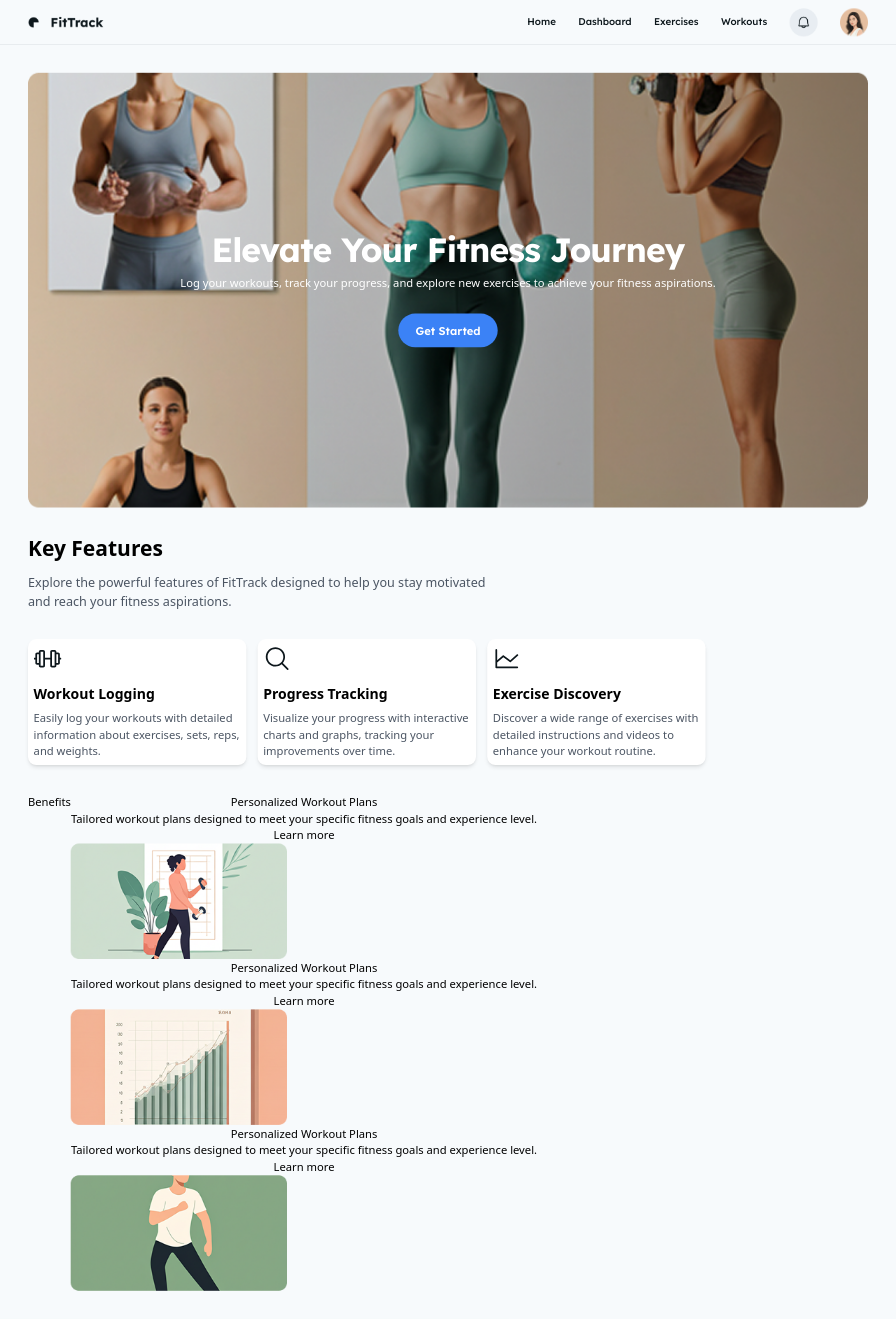
Repository: Emy-gold/fitness-tracking-platform
Page: /
These files come from the project's save history. The page is drawn as it stood at one moment and after the next save; the edit follows.
The browser window is 1280 px wide. The pictures show the whole page, at 70% of full size.
The project was rebuilt for these pictures with package versions that can differ from the ones it lists, and the page was loaded fresh each time. Also part of the build but not shown: vite.config.js, src/Pages/Dashboard.jsx, src/Pages/Exercises.jsx, src/Pages/Workouts.jsx, src/components/Footer.jsx.

Above is the page before, as saved 2025-08-27 14:29:21.

### index.html
<!doctype html>
<html lang="en">

<head>
  <meta charset="UTF-8" />
  <link rel="icon" type="image/svg+xml" href="/vite.svg" />
  <meta name="viewport" content="width=device-width, initial-scale=1.0" />
  <link href="https://fonts.googleapis.com/css2?family=Lexend:wght@300;400;500;600;700&display=swap" rel="stylesheet">
  <title>Vite + React</title>
</head>

<body>
  <div id="root"></div>
  <script type="module" src="/src/main.jsx"></script>
</body>

</html>

### src/index.css
@tailwind base;
@tailwind components;
@tailwind utilities;

body{
    padding: 0;
    margin: 0;
    background-color: #F7FAFC;
}

### src/App.jsx
import './App.css';
import { BrowserRouter as Router, Routes, Route } from 'react-router-dom';
import Home from './Pages/Home';
import Dashboard from './Pages/Dashboard.jsx';
import Exercises from './Pages/Exercises.jsx';
import Workouts from './Pages/Workouts.jsx';
import Header from './components/Header.jsx';
import Footer from './components/Footer';


function App() {

  return (
    <>

      <Router>
        <Header />
        <Routes>
          <Route path="/" element={<Home />} />
          <Route path="/dashboard" element={<Dashboard />} />
          <Route path="/exercises" element={<Exercises />} />
          <Route path="/workouts" element={<Workouts />} />
        </Routes>
      </Router>
    </>
  )
}

export default App

### src/App.css
#root {
    margin: 0 auto;
    padding: 0;
    text-align: center;

}

.logo {
    height: 6em;
    padding: 1.5em;
    will-change: filter;
    transition: filter 300ms;
}
.logo:hover {
    filter: drop-shadow(0 0 2em #646cffaa);
}
.logo.react:hover {
    filter: drop-shadow(0 0 2em #61dafbaa);
}

@keyframes logo-spin {
    from {
    transform: rotate(0deg);
    }
    to {
    transform: rotate(360deg);
    }
}

@media (prefers-reduced-motion: no-preference) {
    a:nth-of-type(2) .logo {
    animation: logo-spin infinite 20s linear;
    }
}

.card {
    padding: 2em;
}

.read-the-docs {
    color: #888;
}

### src/Pages/Home.jsx
import React from 'react';
import Header from '../components/Header';
import { useState, useEffect } from 'react';
import cardsData from "../cardsData.json";
import homepic from "../assets/home.png";
import img1 from "../assets/img1.png";
import img2 from "../assets/img2.png";
import img3 from "../assets/img3.png";

function Home() {

    const [cards, setCards] = useState([]);

    useEffect(() => {
        setCards(cardsData)
    })

    return (
        <>
            <main className='flex flex-col justify-center items-center'>

                <section className='my-10 relative flex justify-center'>
                    <img src={homepic} className="mb:w-[980px] lg:w-[1200px]" />
                    <div className="absolute inset-0 flex flex-col justify-center text-center text-white">
                        <h1 className='text-5xl font-lexend font-bold mb-3 tracking-tight '>Elevate Your Fitness Journey</h1>
                        <p className=''>Log your workouts, track your progress, and explore new exercises to achieve your fitness aspirations.</p>
                        <button type="submit" className='mt-8 mx-auto bg-blue-500 py-[12px] px-6 font-lexend font-semibold rounded-3xl hover:bg-blue-600 transition duration-300'>Get Started</button>
                    </div>
                </section >

                <section className='flex flex-col items-start mb-10 mb:w-[980px] lg:w-[1200px]'>
                    <div className='flex flex-col items-start text-left'>
                        <h2 className='text-3xl font-bold mb-4'>Key Features</h2>
                        <p className='text-lg text-gray-600 max-w-2xl'>Explore the powerful features of FitTrack designed to help you stay motivated and reach your fitness aspirations.</p>
                    </div>
                    <div className='flex flex-row gap-4 mt-10 text-left'> {/* Removed justify-center */}
                        {cards.map(card => (
                            <div key={card.id} className='w-[312px] bg-white rounded-xl shadow-md p-2 hover:scale-105 duration-300'>
                                <img src={card.image} className='mb-4 h-10 w-10 object-contain' />
                                <h3 className='text-xl font-semibold mb-2'>{card.title}</h3>
                                <p className='text-gray-600'>{card.summary}</p>
                            </div>
                        ))}
                    </div>
                </section>
                <section className='flex flex-row items-start mb-10 mb:w-[980px] lg:w-[1200px]'>
                    <h2>Benefits</h2>
                    <div className='flex flex-wrap justify-start items-start'>
                        <div>
                            <h2>Personalized Workout Plans</h2>
                            <p>Tailored workout plans designed to meet your specific fitness goals and experience level.</p>
                            <button>Learn more</button>
                            <img src={img1} />
                        </div>
                        <div>
                            <h2>Personalized Workout Plans</h2>
                            <p>Tailored workout plans designed to meet your specific fitness goals and experience level.</p>
                            <button>Learn more</button>
                            <img src={img2} />
                        </div>
                        <div>
                            <h2>Personalized Workout Plans</h2>
                            <p>Tailored workout plans designed to meet your specific fitness goals and experience level.</p>
                            <button>Learn more</button>
                            <img src={img3} />
                        </div>
                    </div>
                </section>
            </main >
        </>

    )
}

export default Home

### src/components/Header.jsx
import React from 'react';
import { Link } from 'react-router-dom';
import logo from "../assets/logo.png";
import icon from "../assets/notifeicon.png";
import profilePic from "../assets/profilepic.png";

function Header() {
    return (
        <>
            <header className='bg-primary border-b border-gray-300/50 sticky w-full h-16 top-0 z-50 px-10'>
                <div className="flex relative justify-between items-center h-full">
                    <Link to="/" className='flex items-center'>
                        <img
                            src={logo}
                            alt="logo"
                            className='hover:opacity-20 transition-opacity duration-300'
                        />
                    </Link>

                    <nav className='flex gap-8 items-center ml-auto'>
                        <Link to="/" className='font-lexend font-medium text-sm text-textColor hover:scale-105 leading-[21px]'>Home</Link>
                        <Link to="/dashboard" className='font-lexend font-medium text-sm text-textColor hover:scale-105 leading-[21px]'>Dashboard</Link>
                        <Link to="/exercises" className='font-lexend font-medium text-sm text-textColor hover:scale-105 leading-[21px]'>Exercises</Link>
                        <Link to="/workouts" className='font-lexend font-medium text-sm text-textColor hover:scale-105 leading-[21px]'>Workouts</Link>
                        <img src={icon} className='hover:scale-105 duration-200' />
                        <img src={profilePic} className='h-10 w-10 hover:scale-105 duration-200' />
                    </nav>

                    <div></div>
                </div>
            </header>
        </>
    )
}

export default Header;

### src/cardsData.json
[
    {
        "id": 1,
        "title": "Workout Logging",
        "summary": "Easily log your workouts with detailed information about exercises, sets, reps, and weights.",
        "image": "src/assets/icon1.svg"
    },
    {
        "id": 2,
        "title": "Progress Tracking",
        "summary": "Visualize your progress with interactive charts and graphs, tracking your improvements over time.",
        "image": "src/assets/icon2.svg"
    },
    {
        "id": 3,
        "title": "Exercise Discovery",
        "summary": "Discover a wide range of exercises with detailed instructions and videos to enhance your workout routine.",
        "image": "src/assets/icon3.svg"
    }
]

### tailwind.config.js

/** @type {import('tailwindcss').Config} */
export default {
  content: [
    "./index.html",
    "./src/**/*.{js,ts,jsx,tsx}",
  ],
  theme: {
    extend: {
      fontFamily: {
        lexend: ['Lexend', 'sans-serif'],
      },
      colors: {
        primary: "#F7FAFC",
        textColor: "#0D171C",
      }
    },
  },
  plugins: [],
}

Loaded but not shown: src/main.jsx (common file)

After the next save:
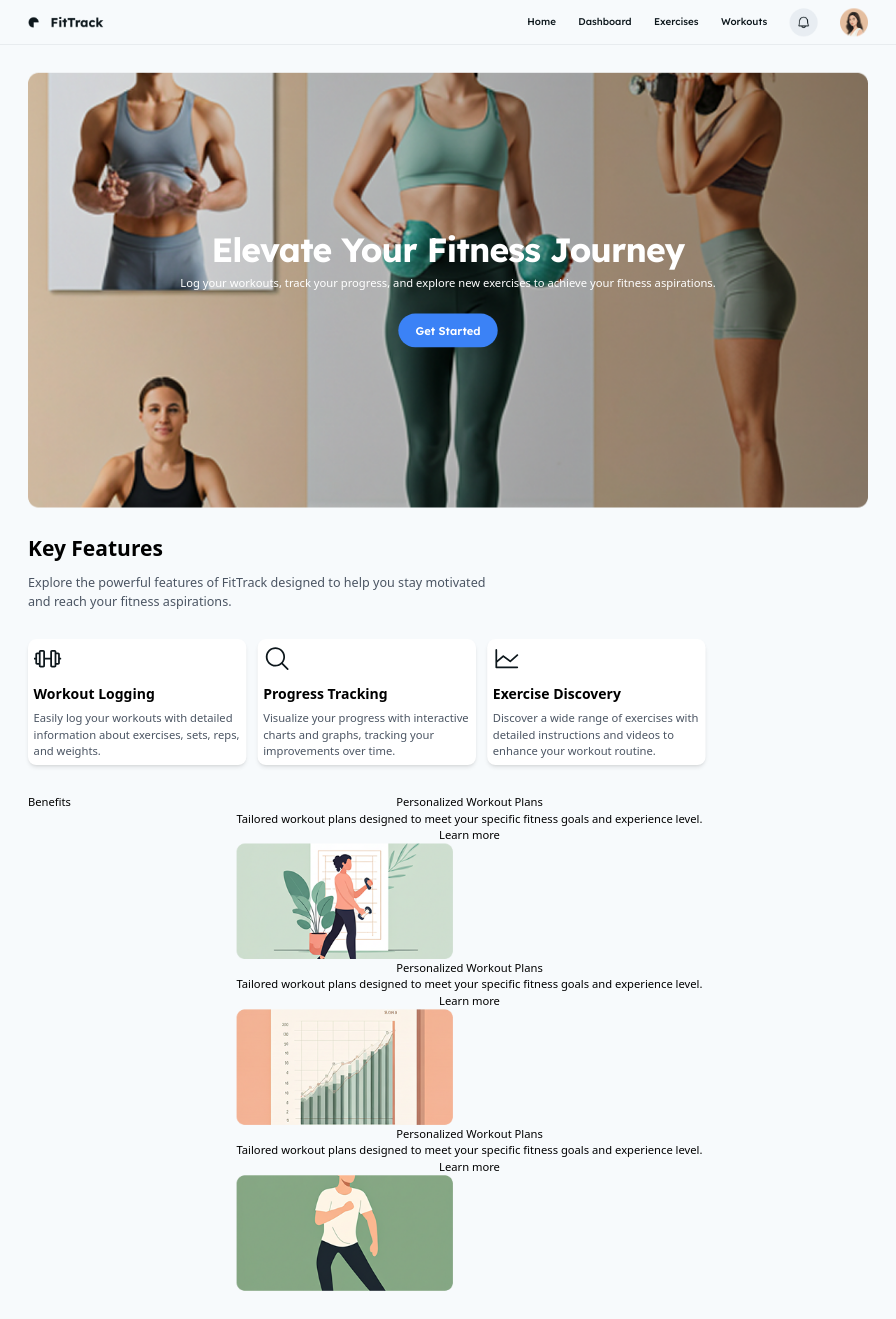
Saved 8 s later.
--- a/src/Pages/Home.jsx
+++ b/src/Pages/Home.jsx
@@ -45,7 +45,7 @@
                 </section>
                 <section className='flex flex-row items-start mb-10 mb:w-[980px] lg:w-[1200px]'>
                     <h2>Benefits</h2>
-                    <div className='flex flex-wrap justify-start items-start'>
+                    <div className='flex flex-wrap justify-center items-start'>
                         <div>
                             <h2>Personalized Workout Plans</h2>
                             <p>Tailored workout plans designed to meet your specific fitness goals and experience level.</p>

After the 2 saves that followed:
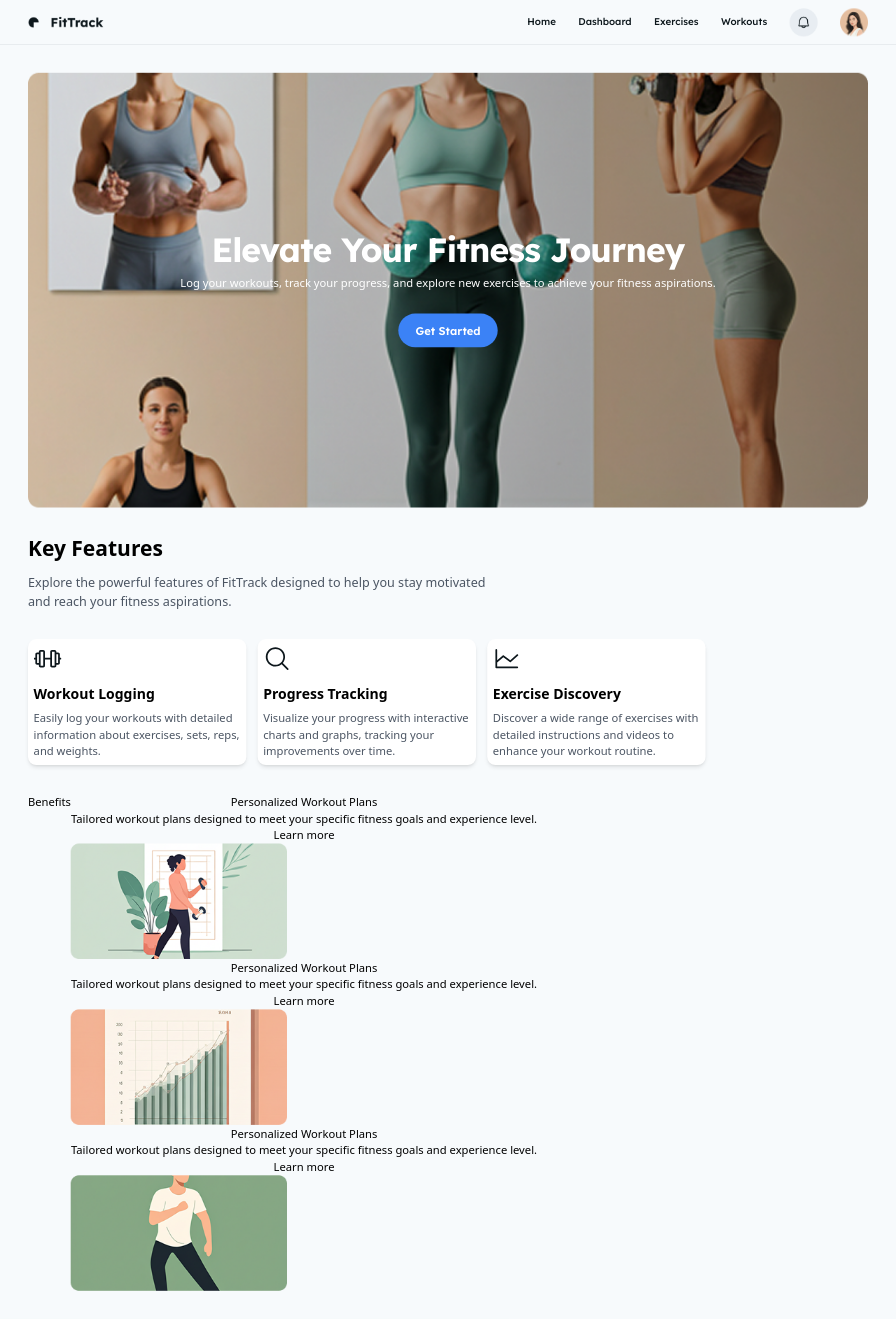
The 2 saves are shown as one change because 1 left the picture as it was.
The last was saved 21 s later.
--- a/src/Pages/Home.jsx
+++ b/src/Pages/Home.jsx
@@ -45,7 +45,7 @@
                 </section>
                 <section className='flex flex-row items-start mb-10 mb:w-[980px] lg:w-[1200px]'>
                     <h2>Benefits</h2>
-                    <div className='flex flex-wrap justify-center items-start'>
+                    <div className='flex flex-wrap'>
                         <div>
                             <h2>Personalized Workout Plans</h2>
                             <p>Tailored workout plans designed to meet your specific fitness goals and experience level.</p>
